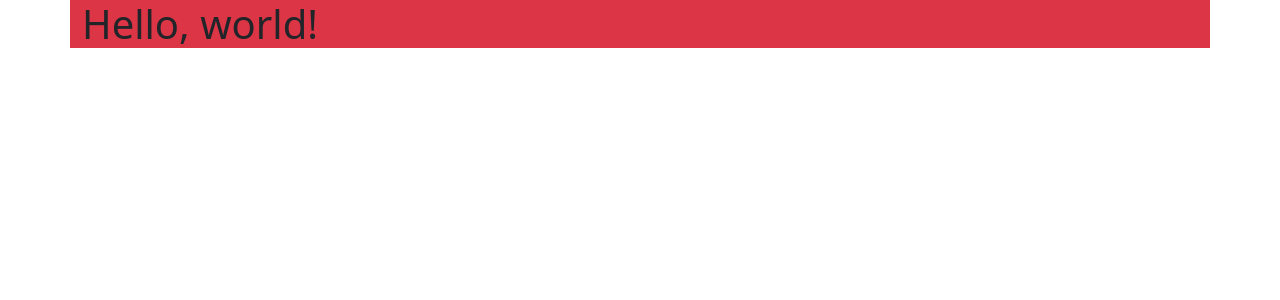
Repository: Nebil94/projet-nabil
Page: home.html
The author's editor kept a copy of each file at every save. The page is drawn from the files as they stood at one save, then again after the next save.
The browser window is 1280 px wide. The pictures show the whole page.

Above is the page before, as saved 2024-02-01 14:27:53.

After the next save:
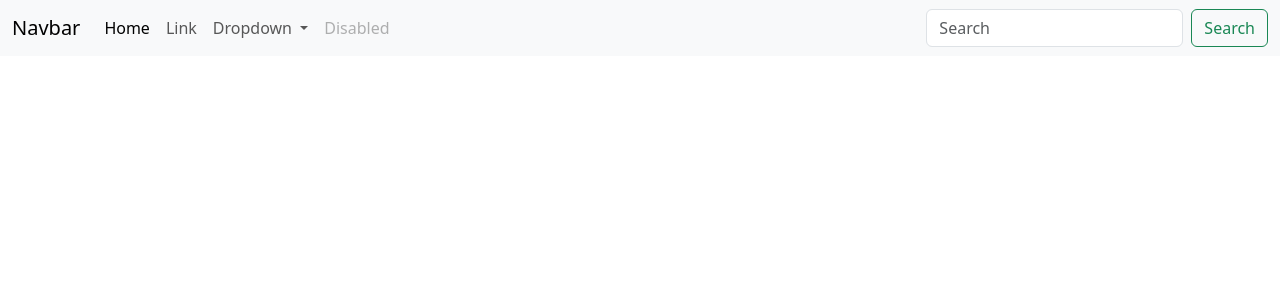
Saved 3 min 55 s later.
--- a/home.html
+++ b/home.html
@@ -11,8 +11,47 @@
 
 <body>
      <header>
-
-          <h1 class="container bg-danger">Hello, world!</h1>
+          <nav class="navbar navbar-expand-lg bg-body-tertiary">
+               <div class="container-fluid">
+                    <a class="navbar-brand" href="#">Navbar</a>
+                    <button class="navbar-toggler" type="button" data-bs-toggle="collapse"
+                         data-bs-target="#navbarSupportedContent" aria-controls="navbarSupportedContent"
+                         aria-expanded="false" aria-label="Toggle navigation">
+                         <span class="navbar-toggler-icon"></span>
+                    </button>
+                    <div class="collapse navbar-collapse" id="navbarSupportedContent">
+                         <ul class="navbar-nav me-auto mb-2 mb-lg-0">
+                              <li class="nav-item">
+                                   <a class="nav-link active" aria-current="page" href="#">Home</a>
+                              </li>
+                              <li class="nav-item">
+                                   <a class="nav-link" href="#">Link</a>
+                              </li>
+                              <li class="nav-item dropdown">
+                                   <a class="nav-link dropdown-toggle" href="#" role="button" data-bs-toggle="dropdown"
+                                        aria-expanded="false">
+                                        Dropdown
+                                   </a>
+                                   <ul class="dropdown-menu">
+                                        <li><a class="dropdown-item" href="#">Action</a></li>
+                                        <li><a class="dropdown-item" href="#">Another action</a></li>
+                                        <li>
+                                             <hr class="dropdown-divider">
+                                        </li>
+                                        <li><a class="dropdown-item" href="#">Something else here</a></li>
+                                   </ul>
+                              </li>
+                              <li class="nav-item">
+                                   <a class="nav-link disabled" aria-disabled="true">Disabled</a>
+                              </li>
+                         </ul>
+                         <form class="d-flex" role="search">
+                              <input class="form-control me-2" type="search" placeholder="Search" aria-label="Search">
+                              <button class="btn btn-outline-success" type="submit">Search</button>
+                         </form>
+                    </div>
+               </div>
+          </nav>
      </header>
      <main></main>
      <footer></footer>
